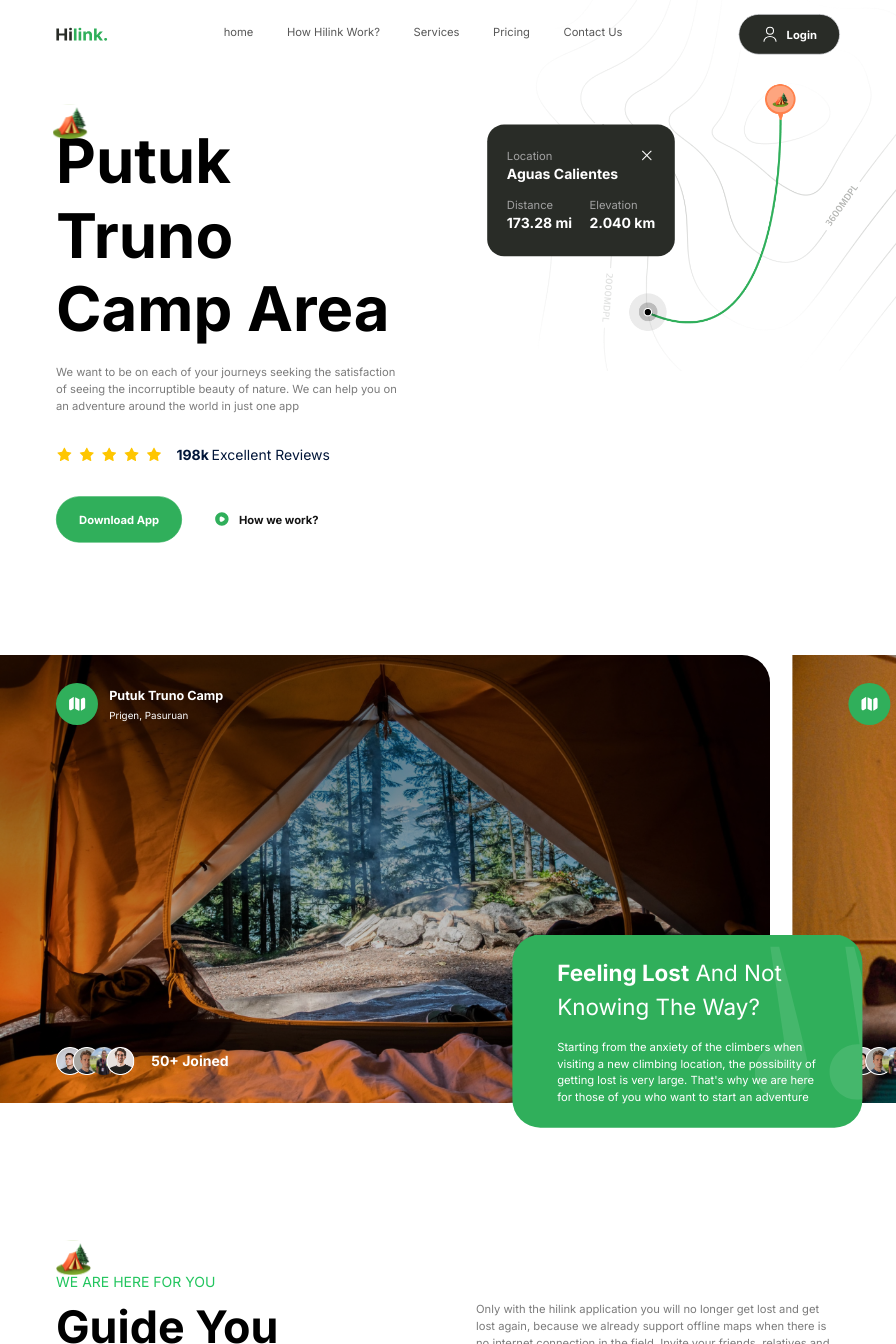
Repository: abdulrahmanmahmood/Travel-App
Page: /
An editor plug-in stored every save of this project. The page is shown before and after the next save, followed by the edit.
The browser window is 1280 px wide. The pictures show the part of the page from y = 0 to 1920 px (the page is 4955 px tall), at 70% of full size.
The project was rebuilt for these pictures with package versions that can differ from the ones it lists, and the page was loaded fresh each time. The framework's server and built-in components were replaced by stand-ins that run in the browser. Also part of the build but not shown: next.config.js.

Above is the page before, as saved 2023-11-10 11:17:19.

After the next save:
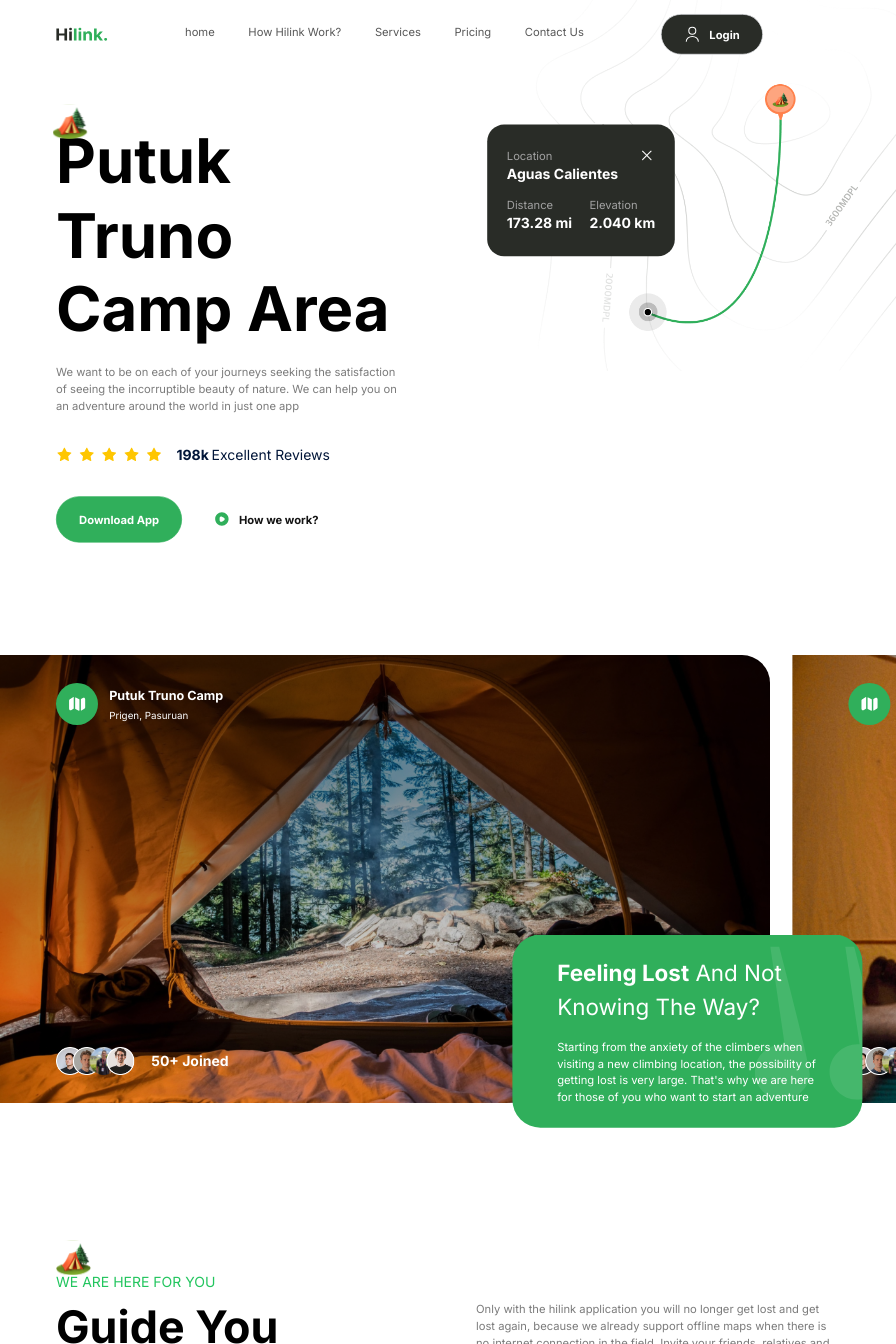
Saved 6 s later.
--- a/components/Navbar.tsx
+++ b/components/Navbar.tsx
@@ -38,7 +38,7 @@
         height={32}
         className="inline-block cursor-pointer lg:hidden"
       />
-
+      <header/>
     </nav>
   );
 };

After the 3 saves that followed:
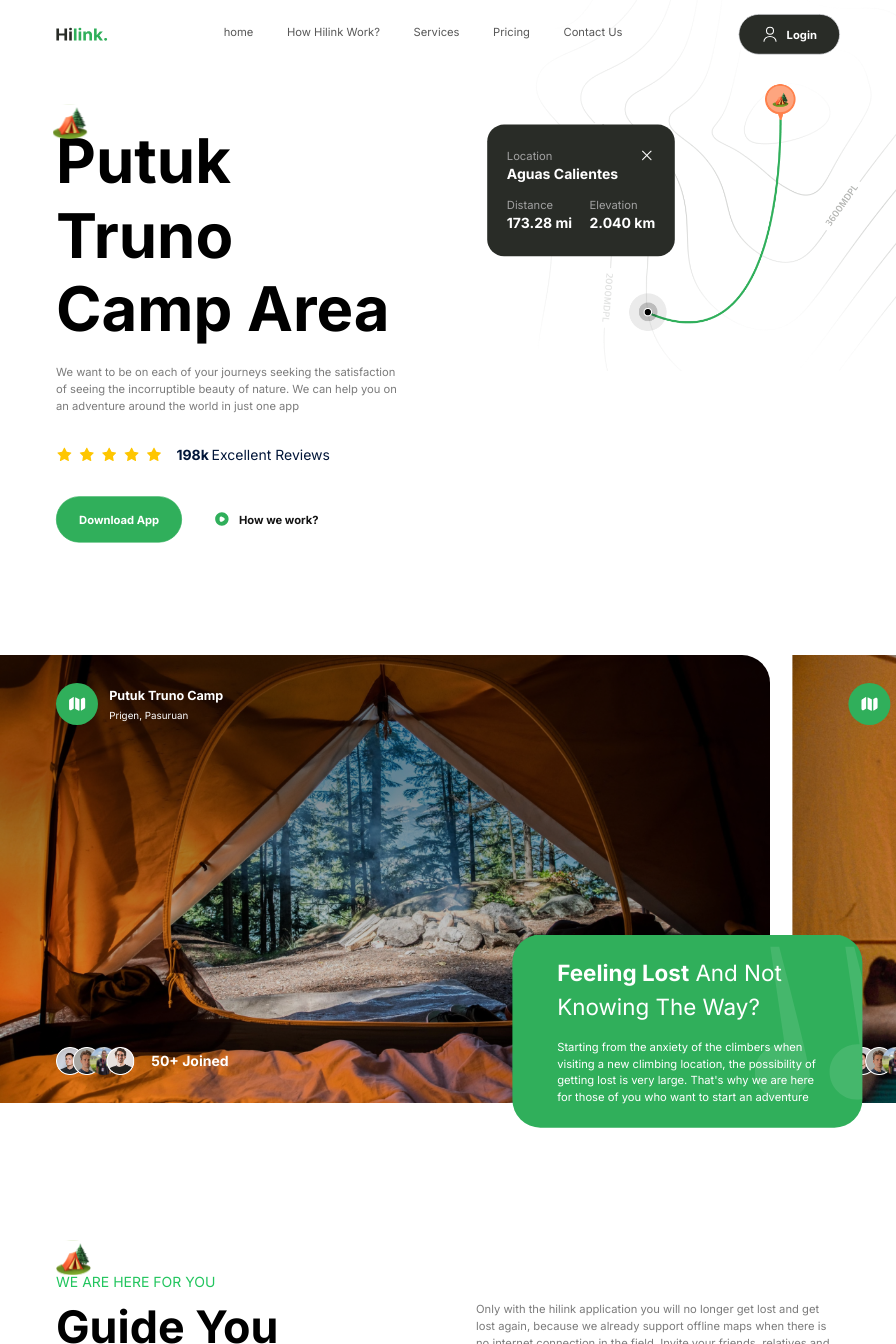
The 3 saves are shown as one change because 2 left the picture as it was.
The last was saved 95 s later.
--- a/components/Navbar.tsx
+++ b/components/Navbar.tsx
@@ -38,7 +38,6 @@
         height={32}
         className="inline-block cursor-pointer lg:hidden"
       />
-      <header/>
     </nav>
   );
 };
